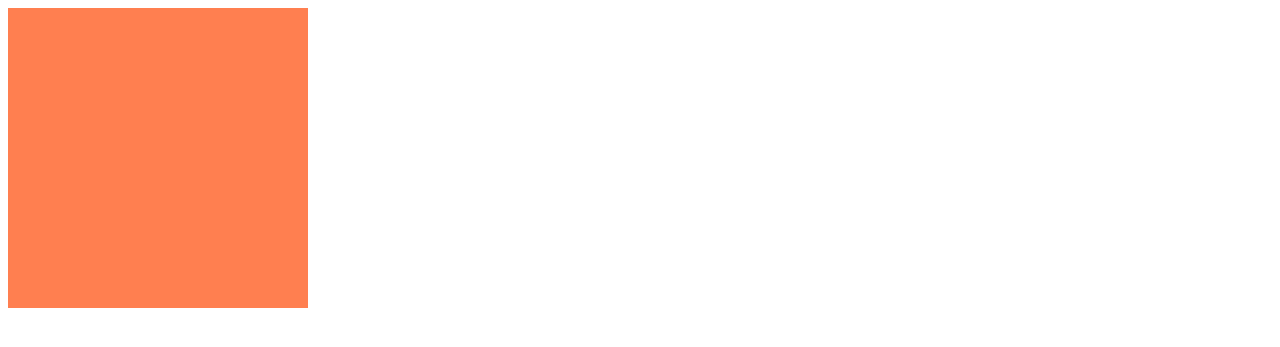
Repository: hminah0215/bitcamp
Page: http://localhost/day0218/exam03/ex15.jsp
An editor plug-in stored every save of this project. The page is shown before and after the next save, followed by the edit.
The browser window is 1280 px wide. The pictures show the whole page.
The page is served by Tomcat 9.

Above is the page before, as saved 2020-02-18 05:49:39.

After the next save:
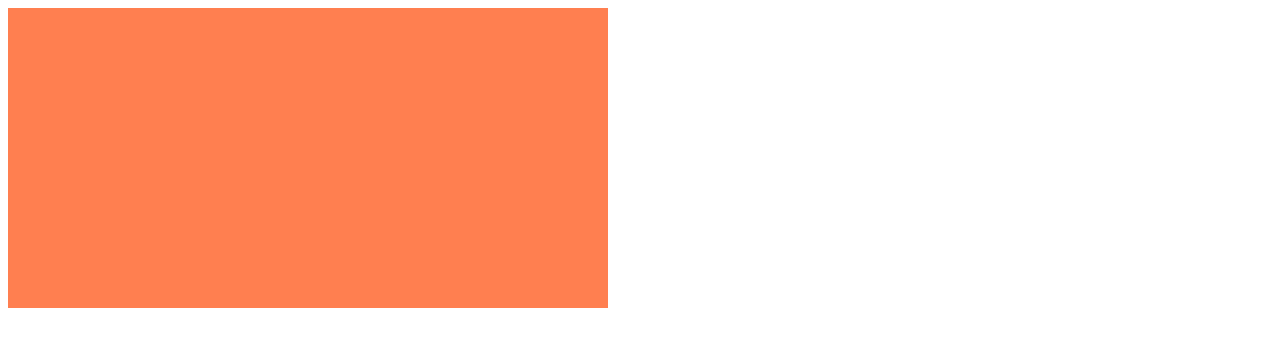
Saved 51 s later.
--- a/save_eclipse/day0218/WebContent/exam03/ex15.jsp
+++ b/save_eclipse/day0218/WebContent/exam03/ex15.jsp
@@ -21,7 +21,7 @@
 
 	@keyframes changeWidth{
 		from {width: 300px;}
-		to {width: 300px;}
+		to {width: 600px;}
 	}
 </style>
 </head>
